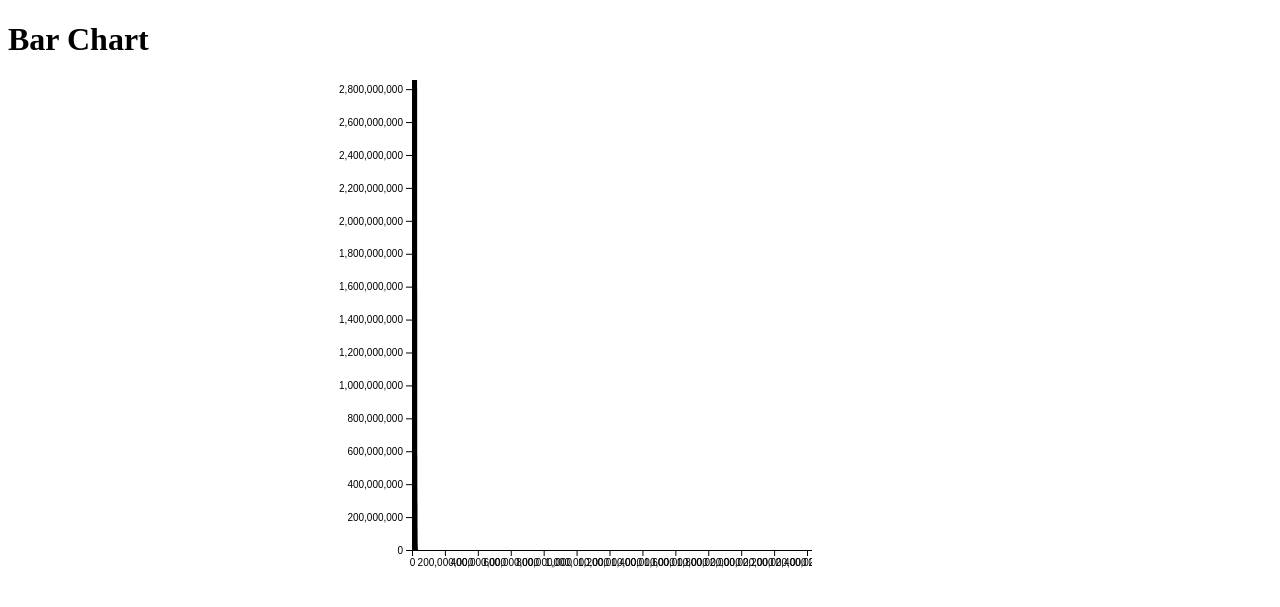
Repository: komalharjani/d3js-visualisation
Page: index.html
The author's editor kept a copy of each file at every save. The page is drawn from the files as they stood at one save, then again after the next save.
The browser window is 1280 px wide. The pictures show the whole page.

Above is the page before, as saved 2020-04-29 18:20:30.

### index.html
<!DOCTYPE html>
<html lang="en">
<head>
    <meta charset="UTF-8">
    <meta name="viewport" content="width=device-width, initial-scale=1.0">
    <title>Information Visualisation Practical 3</title>
</head>
<body>
    <div id="barChart"></div>
    <h1>Bar Chart</h1>
    <svg></svg>

</body>
<script src="https://d3js.org/d3.v5.min.js"></script>
<script src="index.js"></script>
</html>

### index.js

let dataPath = "data/energy.csv";
d3.csv(dataPath)
        .then(function (data) {

                let finals = [];

                //Filter Data into new object
                for (let i = 0; i < data.length; i++) {
                        if (data[i].region == "Combined" && data[i].year == 1990) {
                                finals.push({
                                        amount: parseInt(data[i].amount),
                                        type: data[i].type,
                                })
                        }
                }
                console.log(finals);

                let width = 500;
                let height = 500;
                let margin = {
                        top: 20,
                        right: 20,
                        bottom: 20,
                        left: 50
                };
                let barwidth = (width / finals.length);

                //Append to HTML Document
                let svg = d3.select("body")
                        .append("svg")
                        .attr("height", height)
                        .attr("width", width);

                //Scales
                let xscale = d3.scaleLinear()
                        .domain([0, d3.max(finals, d => d.amount)])
                        .range([0, height]);

                let yscale = d3.scaleLinear()
                        .domain([0, d3.max(finals, d => d.amount)])
                        .range([width, 0]);

                // text scales
                // let yscale = d3.scaleBand()
                // .domain(data.map(d => d.type))
                // .range(0, width);

                //Axis

                let y_axis = d3.axisLeft()
                        .scale(yscale);

                svg.append("g")
                        .attr("transform", "translate(100,-30)")
                        .call(y_axis)


                //X Axis
                let x_axis = d3.axisBottom()
                        .scale(xscale);
                let xAxisTranslate = height - 30;
                svg.append("g")
                        .attr("transform", "translate(100, " + xAxisTranslate + ")")
                        .call(x_axis)


                //Barchart
                let barChart = svg.selectAll("rect") //add rectangles to all data
                        .data(finals) //provide finals as dataset
                        .enter()
                        .append("rect")
                        .attr("y", function (d) {
                                return height - xscale(d.amount);
                        })
                        .attr("height", function (d) {
                                return xscale(d.amount);
                        })
                        .attr("width", barwidth - 3)
                        //problem is here with displaying axis and
                        .attr("transform", function (d, i) {
                                let translate = [barwidth * i, -30];
                                return "translate(" + translate + ")";
                        })
                        .attr("transform", "translate(100,-30)")
                        .attr("fill", 'black');

                // Barchart Text
                // let text = svg.selectAll("text")
                //         .data(finals)
                //         .enter()
                //         .append("text")
                //         .text(function (d) {
                //                 return d.amount;
                //         })
                //         .attr("y", function (d, i) {
                //                 return height - xscale(d.amount) - 2;
                //         })
                //         .attr("x", function (d, i) {
                //                 return barwidth * i - 30;
                //         })

        });

After the next save:
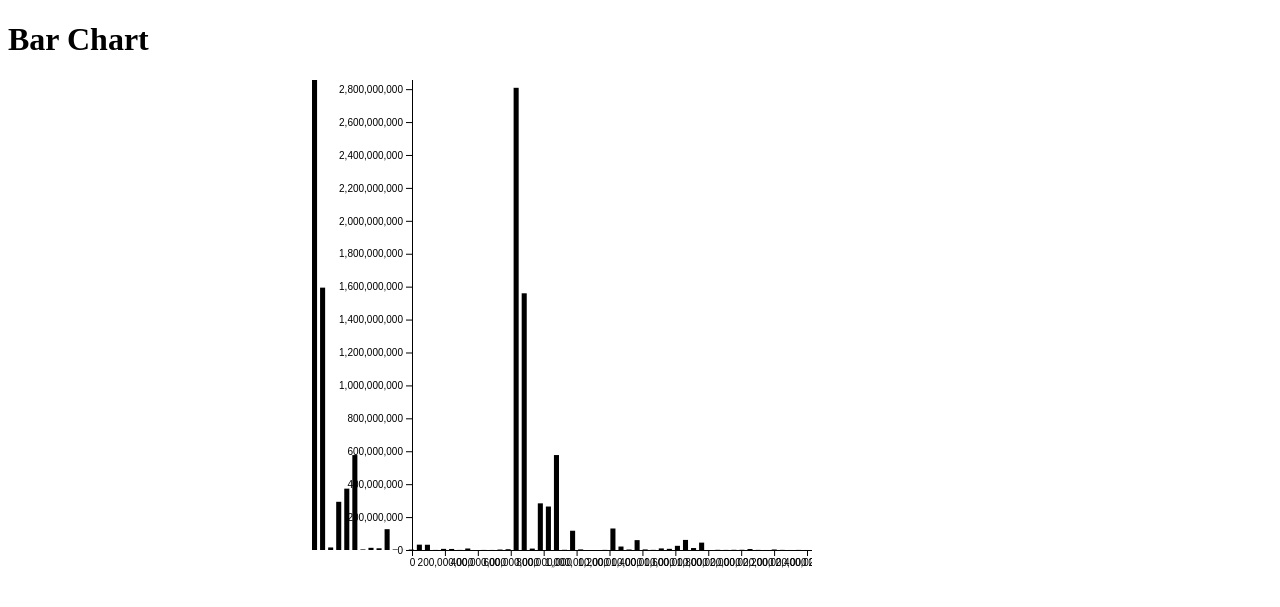
Saved 4 s later.
--- a/index.js
+++ b/index.js
@@ -82,7 +82,6 @@ d3.csv(dataPath)
                                 let translate = [barwidth * i, -30];
                                 return "translate(" + translate + ")";
                         })
-                        .attr("transform", "translate(100,-30)")
                         .attr("fill", 'black');
 
                 // Barchart Text
